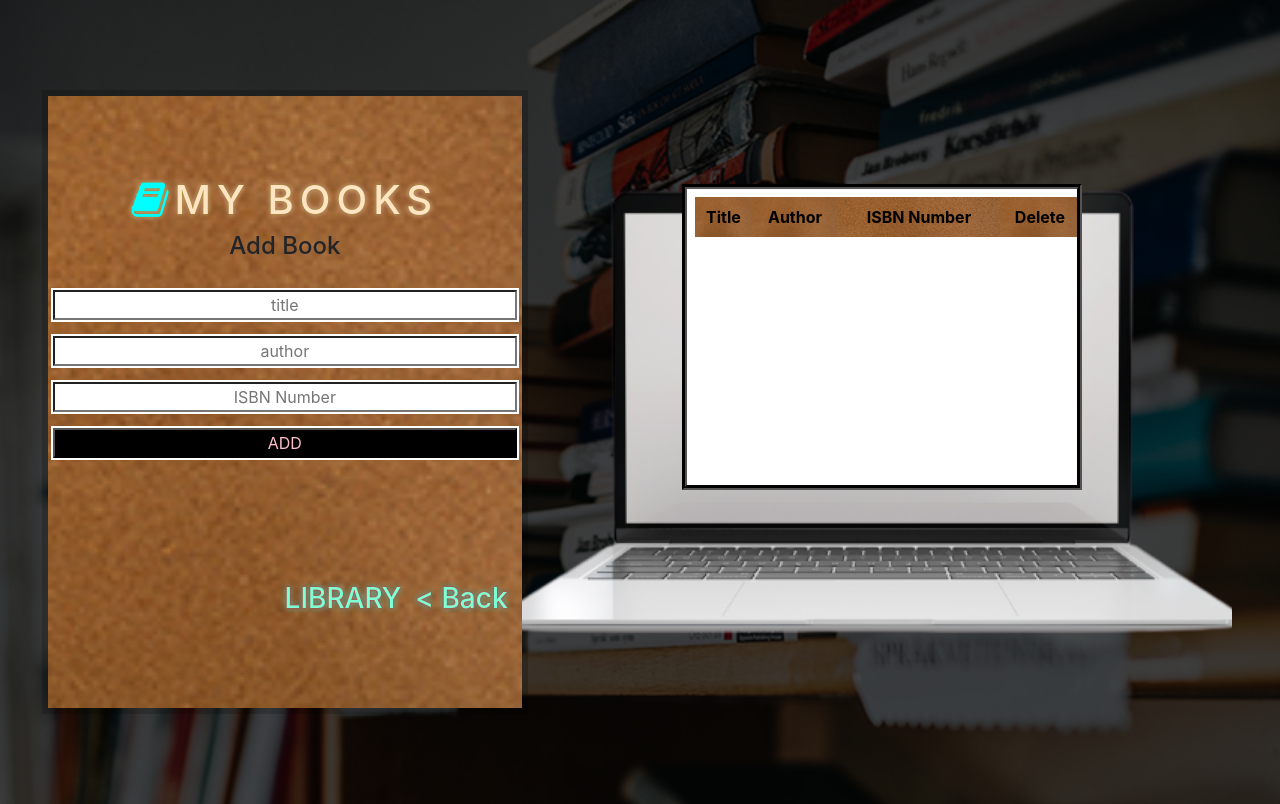
Repository: CSituma/Home-Library-App
Page: libu.html
These files come from the project's save history. The page is drawn as it stood at one moment and after the next save; the edit follows.
The browser window is 1280 px wide. The pictures show the whole page.
Backgrounds fixed to the window are drawn as part of the page. Some web libraries are served in a nearby version.

Above is the page before, as saved 2020-11-10 21:33:04.

After the next save:
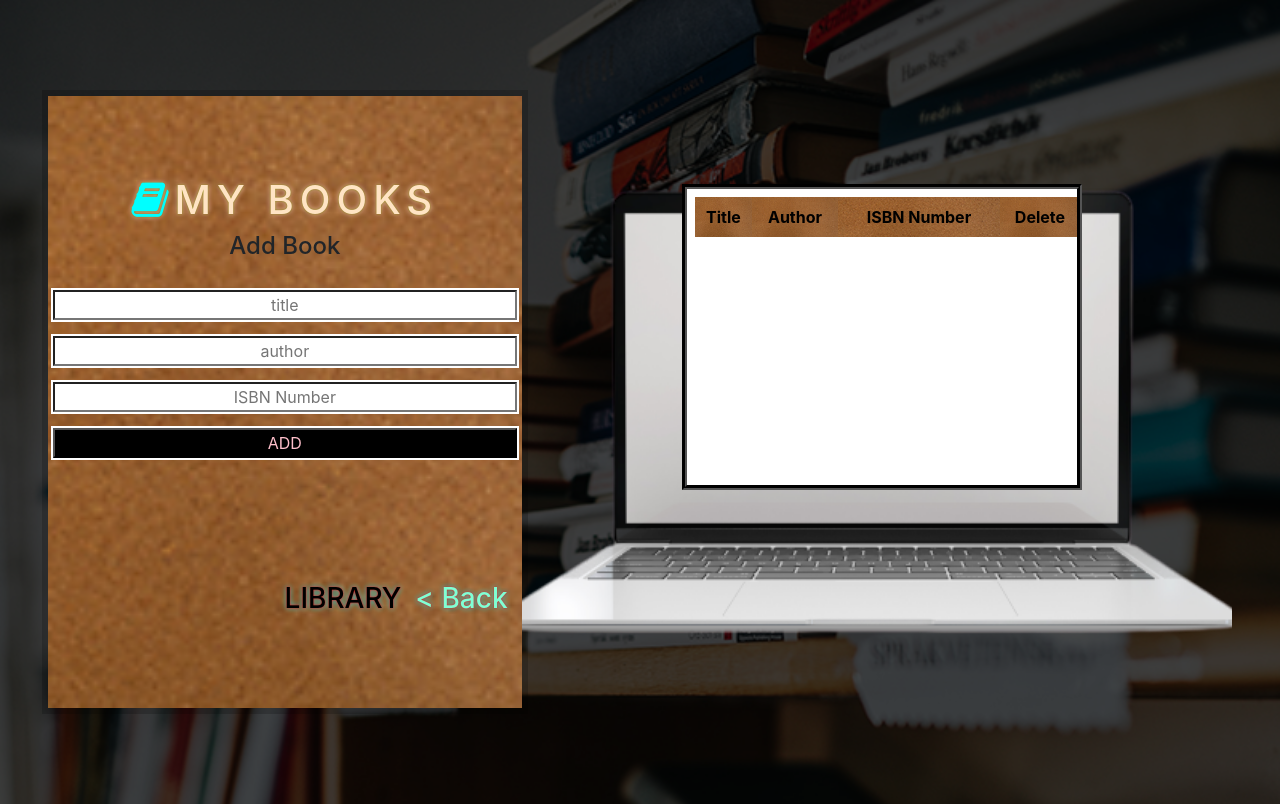
Saved 13 s later.
--- a/style.css
+++ b/style.css
@@ -171,7 +171,7 @@ form input {
   background: url("./images/josephine-bredehoft-KsAo8ouBn8A-unsplash.jpg")
     center/cover no-repeat;
 }
-#libur{
+#libur a{
   left:0;
   color:black;
 }
